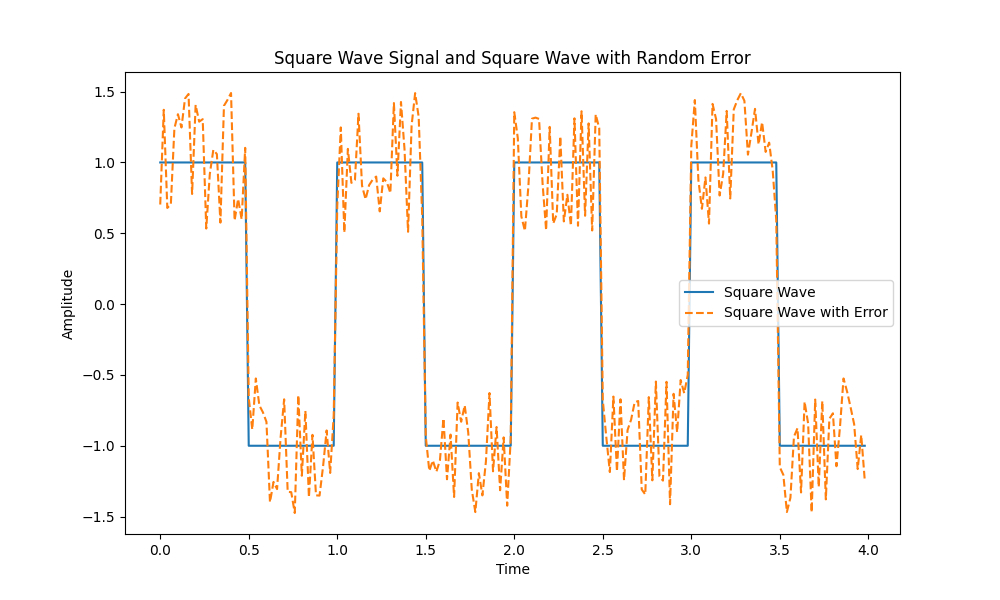
Repository: khulqu15/drone_smc_copppelia
Script's output: python py/realtime.py
These files come from the project's save history. The script's output is drawn as it stood at one moment and after the next save; the edit follows.
Random numbers start from a fixed seed.

Above is the script's output before, as saved 2024-06-24 01:04:06.

### py/realtime.py
import numpy as np
import matplotlib.pyplot as plt
from scipy import signal

# Parameter
samp_per_cycle = 50   # Sampel per siklus
num_cycles = 4        # Jumlah siklus
error_min = 0.05      # Error minimal (5%)
error_max = 0.50      # Error maksimal (50%)

# Membuat sinyal square wave dasar
t = np.linspace(0, num_cycles, num_cycles * samp_per_cycle, endpoint=False)
square_wave = signal.square(2 * np.pi * t)

# Membuat sinyal error
np.random.seed(0)  # Seed untuk konsistensi
errors = np.random.uniform(low=error_min, high=error_max, size=square_wave.shape)
error_signal = square_wave * (1 + errors * np.random.choice([-1, 1], size=square_wave.shape))

# Plotting sinyal asli dan sinyal dengan error
plt.figure(figsize=(10, 6))
plt.plot(t, square_wave, label='Square Wave')
plt.plot(t, error_signal, label='Square Wave with Error', linestyle='--')
plt.title('Square Wave Signal and Square Wave with Random Error')
plt.xlabel('Time')
plt.ylabel('Amplitude')
plt.legend()
plt.show()

After the next save:
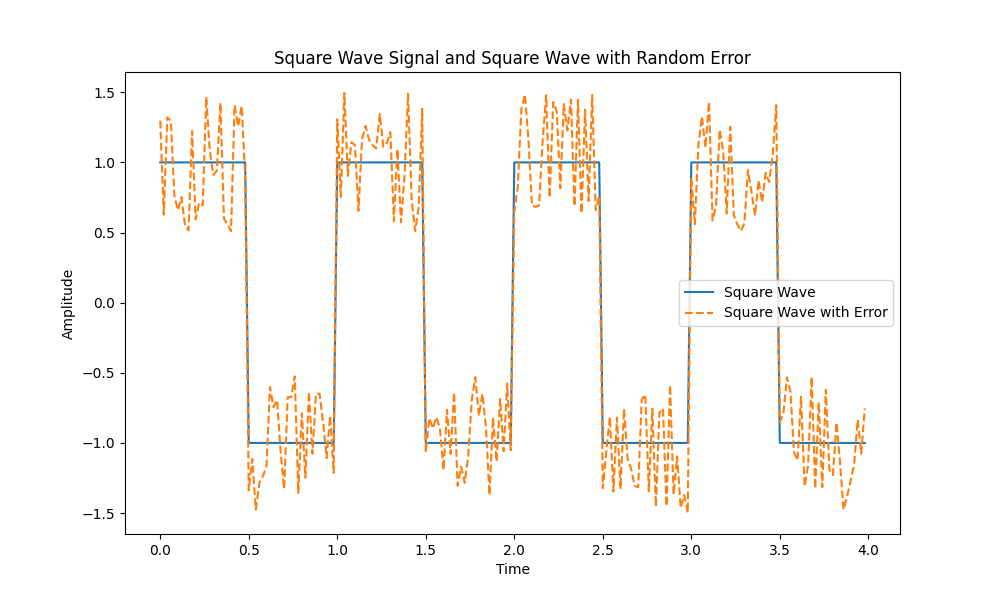
Saved 45 s later.
--- a/py/realtime.py
+++ b/py/realtime.py
@@ -15,7 +15,7 @@ square_wave = signal.square(2 * np.pi * t)
 # Membuat sinyal error
 np.random.seed(0)  # Seed untuk konsistensi
 errors = np.random.uniform(low=error_min, high=error_max, size=square_wave.shape)
-error_signal = square_wave * (1 + errors * np.random.choice([-1, 1], size=square_wave.shape))
+error_signal = square_wave * (1 - errors * np.random.choice([-1, 1], size=square_wave.shape))
 
 # Plotting sinyal asli dan sinyal dengan error
 plt.figure(figsize=(10, 6))
